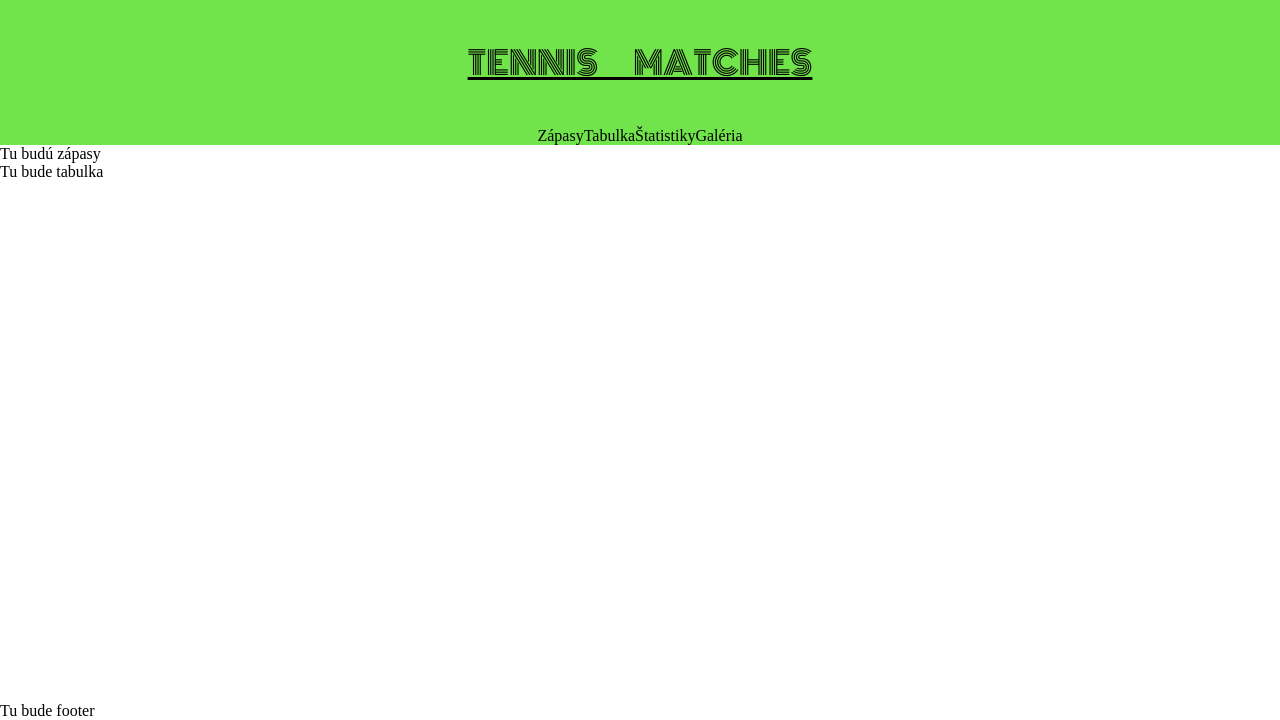
Repository: Badynko/tenis-app
Page: /
The author's editor kept a copy of each file at every save. The page is drawn from the files as they stood at one save, then again after the next save.
The browser window is 1280 px wide. The pictures show the whole page.
The project was rebuilt for these pictures with package versions that can differ from the ones it lists, and the page was loaded fresh each time.

Above is the page before, as saved 2024-07-10 15:33:28.

After the next save:
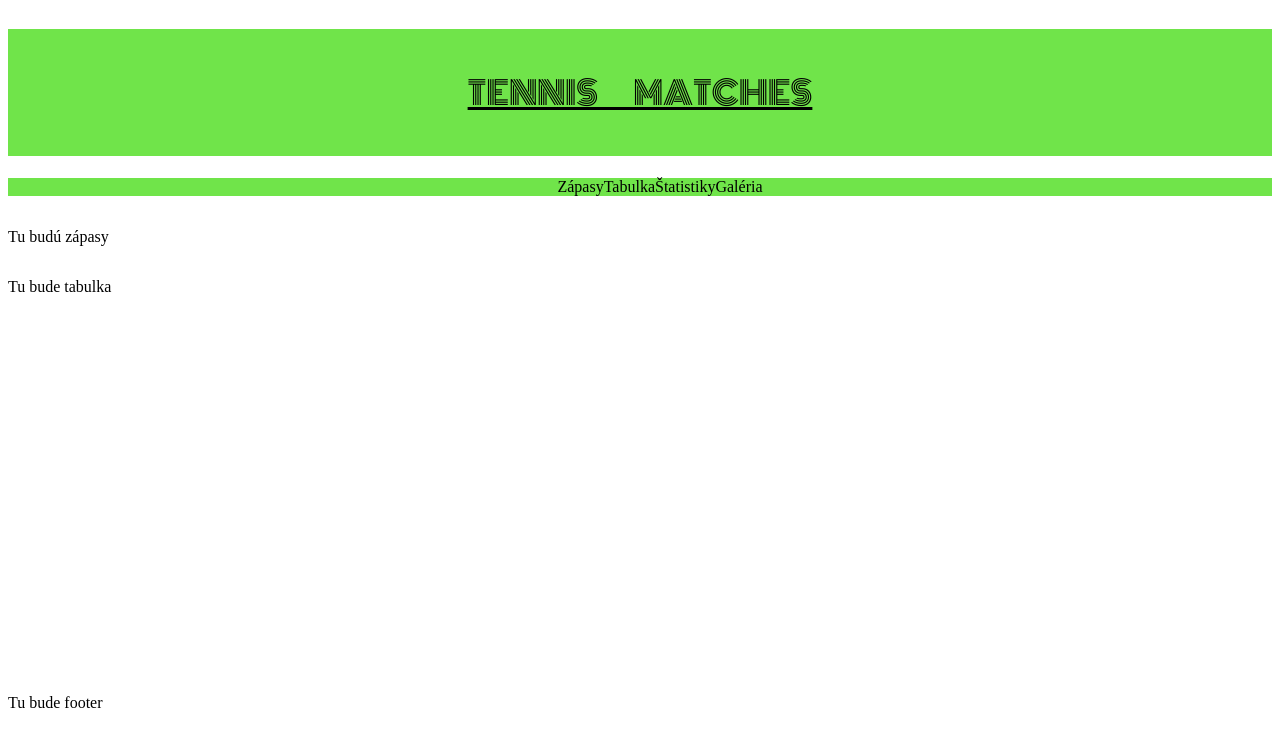
Saved 24 s later.
--- a/src/index.css
+++ b/src/index.css
@@ -1,6 +1,6 @@
 @import url("https://fonts.googleapis.com/css2?family=Monoton&family=Quicksand:wght@500;700&display=swap");
 
-* {
+html {
   margin: 0;
   padding: 0;
   box-sizing: border-box;
